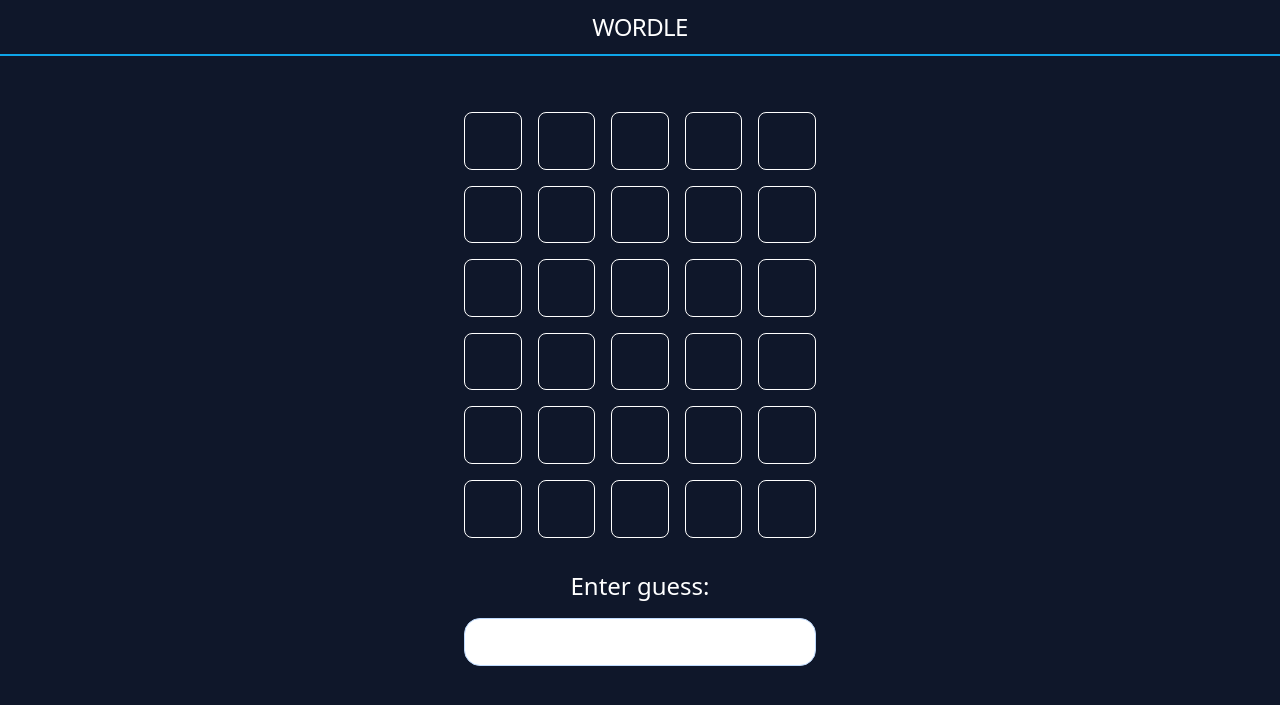
Repository: hjubsoni/basic-wordle-game
Page: / (app in client/)
The author's editor kept a copy of each file at every save. The page is drawn from the files as they stood at one save, then again after the next save.
The browser window is 1280 px wide. The pictures show the whole page.
The page's requests for data from a server got no answer. The project was rebuilt for these pictures with package versions that can differ from the ones it lists, and the page was loaded fresh each time. No one was signed in, and anything a server would have sent is missing. Also part of the build but not shown: client/vite.config.ts.

Above is the page before, as saved 2023-01-27 18:59:01.

After the next save:
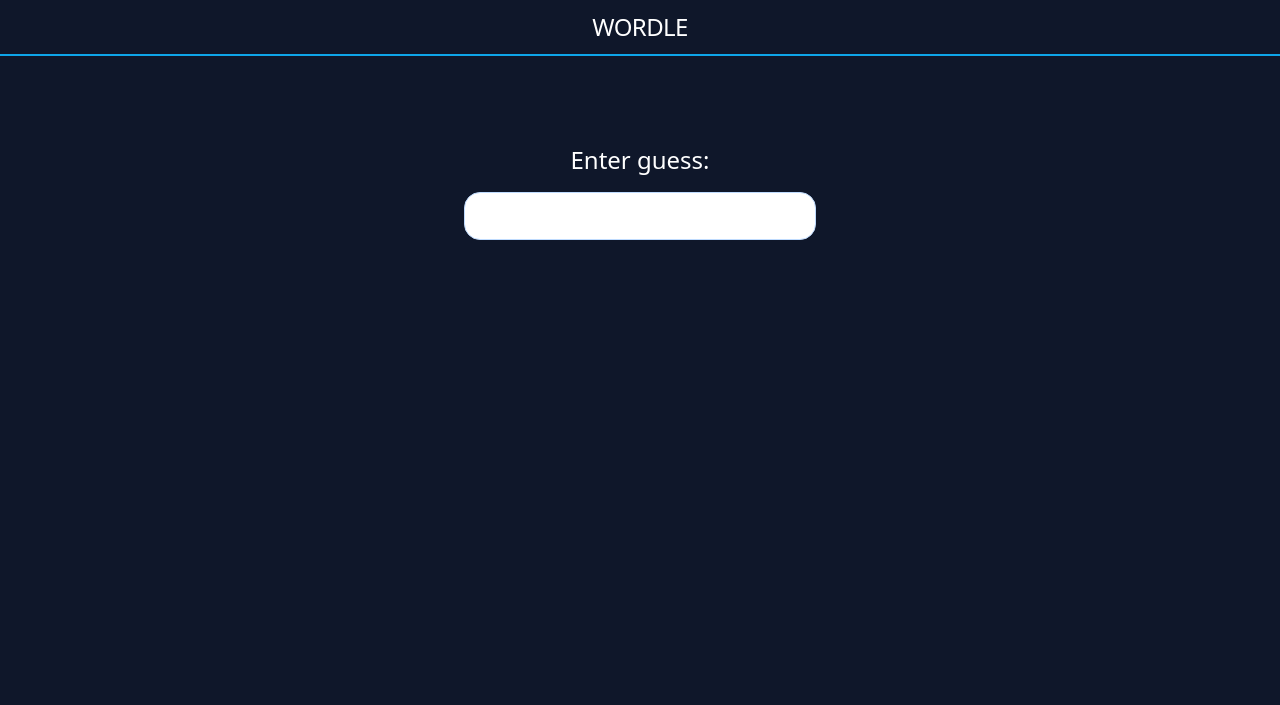
Saved 20 h 26 min later.
--- a/client/src/components/Game/Game.tsx
+++ b/client/src/components/Game/Game.tsx
@@ -11,7 +11,7 @@
 function Game() {
   const [correctWord, setCorrectWord] = React.useState('');
   const [guessedWords, setGuessedWords] = React.useState<string[]>(
-    new Array(6).fill('')
+    []
   );
   const [guess, setGuess] = React.useState<string>('');
   const [styles, setStyles] = React.useState<Styles>({});
@@ -26,24 +26,12 @@
     generateCorrectWord();
   }, []);
 
-  console.log(styles);
-
   return (
     <main className="flex items-center justify-center flex-col gap-8 p-4 max-w-sm  mx-auto">
       <div className="flex gap-4 flex-col max-w-sm w-full rouded-lg mt-10 ">
-        {guessedWords.map((row, rowIdx) => {
-          return (
-            <Row key={rowIdx}>
-              {range(5).map((_, cellIdx) => (
-                <Cell
-                  key={cellIdx}
-                  letter={row[cellIdx]}
-                  styles={styles}
-                />
-              ))}
-            </Row>
-          );
-        })}
+        {guessedWords.map((row, rowIdx) => (
+          <Row key={rowIdx}></Row>
+        ))}
       </div>
 
       <Form
